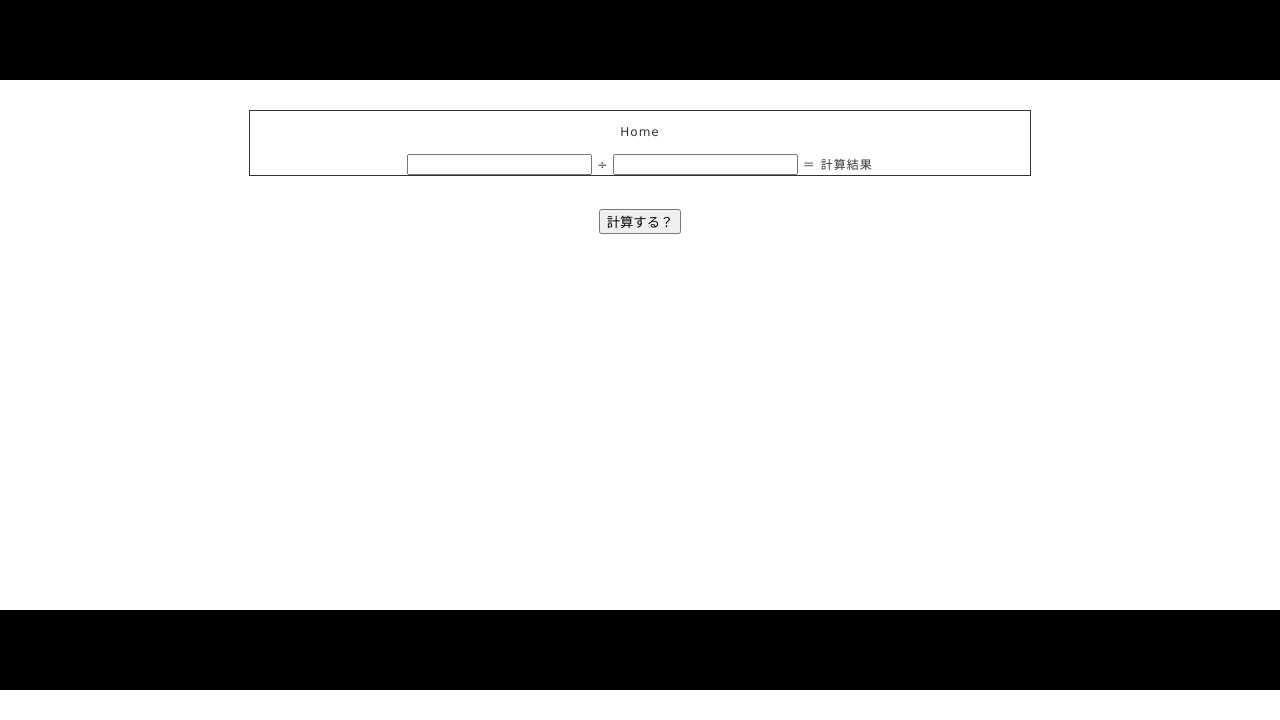
Repository: HattoriKotaro19920408/Keisanchan
Page: http://localhost/Keisanchan/
These files come from the project's save history. The page is drawn as it stood at one moment and after the next save; the edit follows.
The browser window is 1280 px wide. The pictures show the whole page.
The page is served by Tomcat 9.

Above is the page before, as saved 2018-08-16 01:48:34.

After the next save:
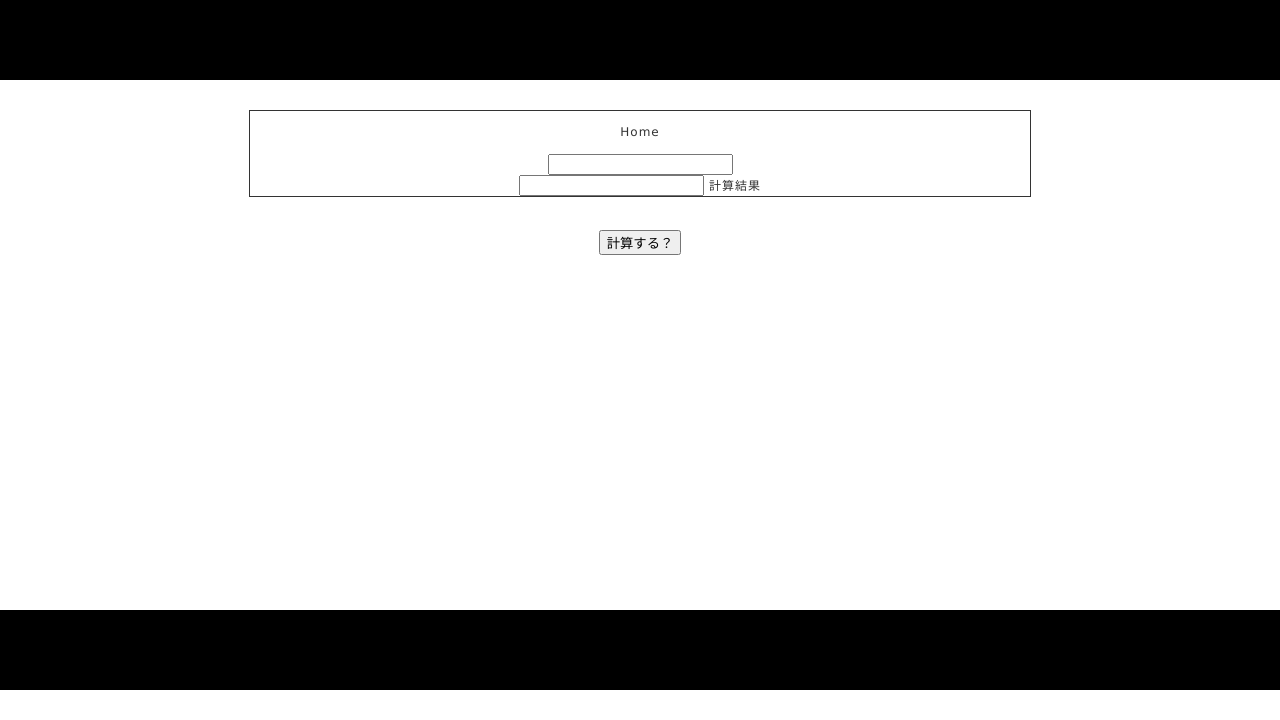
Saved 50 s later.
--- a/Keisanchan/WebContent/home.jsp
+++ b/Keisanchan/WebContent/home.jsp
@@ -67,8 +67,8 @@
               <form oninput="document.getElementById('roe').value =
 					parseInt(document.getElementById('toki').value, 10) /
 					parseInt(document.getElementById('zikoshi').value, 10)">
-					<input type="number" id="toki"> ÷
-					<input type="number" id="zikoshi"> ＝
+					<input type="number" id="toki"> <br>
+					<input type="number" id="zikoshi">
 					<output for="na nb" id="roe">計算結果</output>
 					</form>
          </div>
